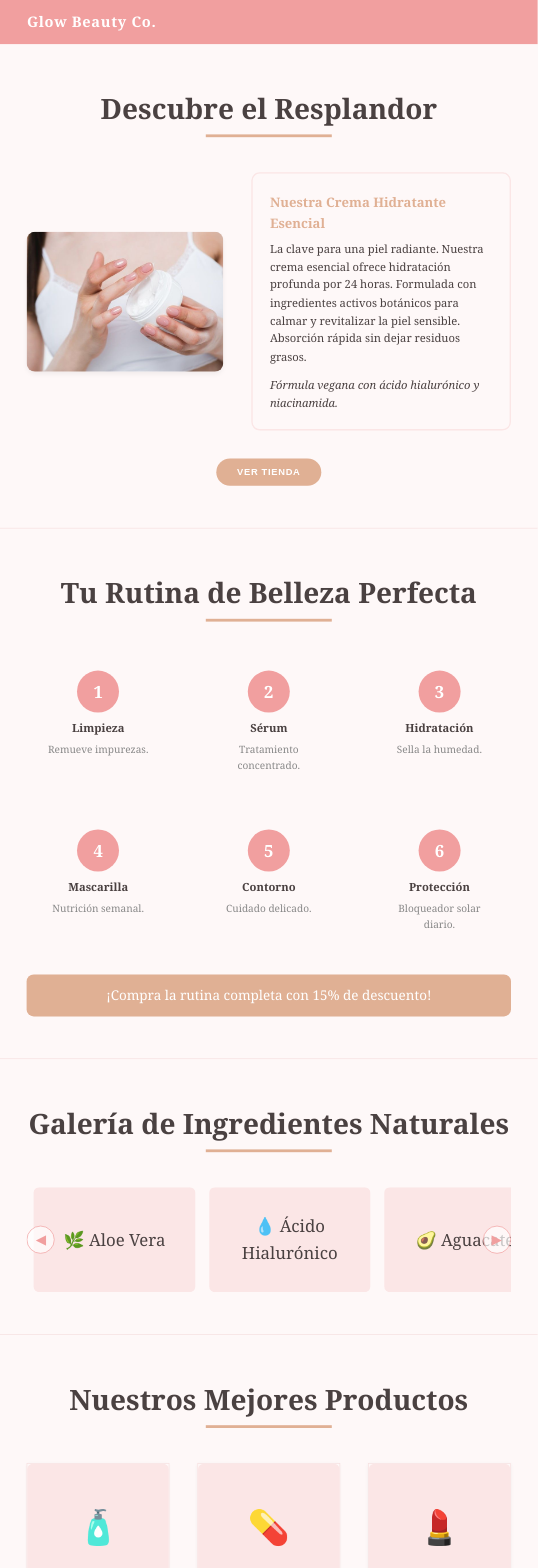
Repository: NovaSystem-DG/tienda-online
Page: index.html
The author's editor kept a copy of each file at every save. The page is drawn from the files as they stood at one save, then again after a run of saves.
The browser window is 768 px wide. The pictures show the part of the page from y = 0 to 2240 px (the page is 2439 px tall before and 2752 px after), at 70% of full size.

Above is the page before, as saved 2025-12-10 12:57:13.

### index.html
<!DOCTYPE html>
<html lang="es">

<head>
  <meta charset="UTF-8">
  <meta name="viewport" content="width=device-width, initial-scale=1.0">
  <title>Glow Beauty Co.</title>
  <link rel="stylesheet" href="style.css">
</head>

<body>
  <header class="header-nav">
    <div class="container">
      <nav class="navbar">
        <span class="logo">Glow Beauty Co.</span>
        <ul class="nav-links">
          <li><a href="#">Inicio</a></li>
          <li><a href="#">Tienda</a></li>
          <li><a href="#">Rutinas</a></li>
          <li><a href="#">Tutoriales</a></li>
          <li><a href="#">Contacto</a></li>
        </ul>
      </nav>
    </div>
  </header>

  <main>
    <section class="section what-we-do">
      <div class="container">
        <h2>Descubre el Resplandor</h2>
        <div class="line-divider"></div>
        <div class="content-row">
          <div class="video-placeholder">
            <img src="Crema-facial.jpg" alt="Placeholder de Video"
              class="video-img">

          </div>
          <div class="text-content-box">
            <h3>Nuestra Crema Hidratante Esencial</h3>

            <p class="real-text">
              La clave para una piel radiante. Nuestra crema esencial ofrece hidratación profunda por 24 horas.
              Formulada con ingredientes activos botánicos para calmar y revitalizar la piel sensible.
              Absorción rápida sin dejar residuos grasos.
            </p>

            <p class="description-text">Fórmula vegana con ácido hialurónico y niacinamida.</p>
          </div>
        </div>
        <button class="btn-primary">VER TIENDA</button>
      </div>
    </section>

    <section class="section travel-org-section">
      <div class="container">
        <h2>Tu Rutina de Belleza Perfecta</h2>
        <div class="line-divider"></div>
        <div class="grid-3-col">
          <div class="item-card">
            <div class="icon-placeholder">1</div>
            <h4>Limpieza</h4>
            <p class="step-desc">Remueve impurezas.</p>
          </div>
          <div class="item-card">
            <div class="icon-placeholder">2</div>
            <h4>Sérum</h4>
            <p class="step-desc">Tratamiento concentrado.</p>
          </div>
          <div class="item-card">
            <div class="icon-placeholder">3</div>
            <h4>Hidratación</h4>
            <p class="step-desc">Sella la humedad.</p>
          </div>
          <div class="item-card">
            <div class="icon-placeholder">4</div>
            <h4>Mascarilla</h4>
            <p class="step-desc">Nutrición semanal.</p>
          </div>
          <div class="item-card">
            <div class="icon-placeholder">5</div>
            <h4>Contorno</h4>
            <p class="step-desc">Cuidado delicado.</p>
          </div>
          <div class="item-card">
            <div class="icon-placeholder">6</div>
            <h4>Protección</h4>
            <p class="step-desc">Bloqueador solar diario.</p>
          </div>
        </div>
        <div class="full-width-placeholder">
          <p>¡Compra la rutina completa con 15% de descuento!</p>
        </div>
      </div>
    </section>

    <section class="section island-view-section">
      <div class="container">
        <h2>Galería de Ingredientes Naturales</h2>
        <div class="line-divider"></div>

        <div class="carousel-container" id="carousel-container">
          <div class="carousel-track">
            <div class="gallery-item">🌿 Aloe Vera</div>
            <div class="gallery-item">💧 Ácido Hialurónico</div>
            <div class="gallery-item">🥑 Aguacate</div>
            <div class="gallery-item">🌹 Rosa Mosqueta</div>
            <div class="gallery-item">🍃 Té Verde</div>
            <div class="gallery-item">🍊 Vitamina C</div>
          </div>
          <button class="prev-btn">◀</button>
          <button class="next-btn">▶</button>
        </div>
      </div>
    </section>

    <section class="section packages-section">
      <div class="container">
        <h2>Nuestros Mejores Productos</h2>
        <div class="line-divider"></div>
        <div class="grid-3-col">
          <div class="package-card">
            <div class="package-image">🧴</div>
            <p>Limpiador Facial</p>
            <div class="rating-dots">
              <span>•</span><span>•</span><span>•</span><span>•</span><span class="unfilled">•</span>
            </div>
          </div>
          <div class="package-card">
            <div class="package-image">💊</div>
            <p>Cápsulas de Retinol</p>
            <div class="rating-dots">
              <span>•</span><span>•</span><span>•</span><span>•</span><span>•</span>
            </div>
          </div>
          <div class="package-card">
            <div class="package-image">💄</div>
            <p>Bálsamo Labial</p>
            <div class="rating-dots">
              <span>•</span><span>•</span><span>•</span><span class="unfilled">•</span><span class="unfilled">•</span>
            </div>
          </div>
        </div>
        <div class="text-line medium spacer-line"></div>
        <div class="text-line small"></div>
      </div>
    </section>
  </main>

  <footer class="footer">
    <div class="container">
    </div>
  </footer>

  <script>
document.addEventListener('DOMContentLoaded', function() {
    const carouselContainer = document.getElementById('carousel-container');
    if (!carouselContainer) return;

    const track = carouselContainer.querySelector('.carousel-track');
    const items = carouselContainer.querySelectorAll('.gallery-item');
    const prevButton = carouselContainer.querySelector('.prev-btn');
    const nextButton = carouselContainer.querySelector('.next-btn');


    let currentIndex = 0;
    const maxIndex = items.length - 3;


    function updateCarousel() {
        const offset = -currentIndex * (100 / 3);
        track.style.transform = `translateX(${offset}%)`;
    }

    nextButton.addEventListener('click', () => {
        if (currentIndex < maxIndex) {
            currentIndex++;
        } else {
            currentIndex = 0;
        }
        updateCarousel();
    });

    prevButton.addEventListener('click', () => {
        if (currentIndex > 0) {
            currentIndex--;
        } else {
            currentIndex = maxIndex;
        }
        updateCarousel();
    });

    updateCarousel();
});


  </script>
</body>

</html>

### style.css
:root {
    --primary-color: #f19f9f;
    --accent-color: #e0b094;
    --light-bg-color: #fef8f8;
    --dark-text: #4a4141;
    --light-text: #ffffff;
    --border-color: #f7e0e0;
    --placeholder-color: #fbe6e6;
}

* {
    box-sizing: border-box;
    margin: 0;
    padding: 0;
}

body {
    font-family: 'Georgia', serif;
    background-color: var(--light-bg-color);
    color: var(--dark-text);
    line-height: 1.6;
}

.container {
    width: 90%;
    max-width: 1200px;
    margin: 0 auto;
}

a {
    text-decoration: none;
    color: inherit;
    transition: color 0.3s;
}

.header-nav {
    background-color: var(--primary-color);
    color: var(--light-text);
    padding: 15px 0;
}

.navbar {
    display: flex;
    justify-content: space-between;
    align-items: center;
}

.logo {
    font-weight: bold;
    font-size: 1.5em;
    letter-spacing: 1px;
}

.nav-links {
    list-style: none;
    display: flex;
}

.nav-links li {
    margin-left: 25px;
}

.nav-links a:hover {
    color: var(--accent-color);
}


.section {
    padding: 60px 0;
    text-align: center;
    border-bottom: 1px solid var(--border-color);
}

h2 {
    font-size: 2.5em;
    margin-bottom: 5px;
    color: var(--dark-text);
}

.line-divider {
    width: 180px;
    height: 4px;
    background-color: var(--accent-color);
    margin: 0 auto 50px auto;
}


.what-we-do .content-row {
    display: flex;
    align-items: center;
    justify-content: center;
    gap: 40px;
    margin-bottom: 30px;
}


.video-placeholder {
    width: 350px;
    height: 200px;
    border-radius: 12px;
    box-shadow: 0 4px 8px rgba(0, 0, 0, 0.05);
    position: relative; /* Para posicionar el ícono de play */
    overflow: hidden;
    cursor: pointer;
}

.video-placeholder .video-img {
    width: 100%;
    height: 100%;
    object-fit: cover;
    display: block;
}



.text-content-box {
    width: 450px;
    padding: 25px;
    border: 2px solid var(--placeholder-color);
    border-radius: 12px;
    text-align: left;
}

.text-content-box h3 {
    color: var(--accent-color);
    margin-bottom: 10px;
}

.real-text {
    margin-bottom: 15px;
    color: var(--dark-text);
}

.description-text {
    color: var(--dark-text);
    font-style: italic;
    margin-top: 15px;
}


.text-line { display: none; }
.item-card .text-line { display: block; }


.btn-primary {
    background-color: var(--accent-color);
    color: var(--light-text);
    border: none;
    padding: 12px 30px;
    border-radius: 30px;
    cursor: pointer;
    font-weight: bold;
    letter-spacing: 1px;
    margin-top: 10px;
    transition: background-color 0.3s;
}

.btn-primary:hover {
    background-color: #c99c7d;
}


.grid-3-col {
    display: grid;
    grid-template-columns: repeat(3, 1fr);
    gap: 40px;
    max-width: 1000px;
    margin: 0 auto 40px auto;
}

.item-card {
    text-align: center;
    padding: 20px;
}

.icon-placeholder {
    width: 60px;
    height: 60px;
    background-color: var(--primary-color);
    color: var(--light-text);
    border-radius: 50%;
    display: flex;
    justify-content: center;
    align-items: center;
    font-weight: bold;
    font-size: 1.5em;
    margin: 0 auto 10px auto;
}

.item-card h4 {
    color: var(--dark-text);
    margin-bottom: 5px;
}

.step-desc {
    font-size: 0.9em;
    color: #888;
}

.full-width-placeholder {
    height: 60px;
    background-color: var(--accent-color);
    color: var(--light-text);
    border-radius: 10px;
    max-width: 900px;
    margin: 0 auto;
    display: flex;
    justify-content: center;
    align-items: center;
    font-size: 1.2em;
}


.island-view-section {
    overflow: hidden;
}

.carousel-container {
    position: relative;
    max-width: 900px;
    margin: 0 auto;
    overflow: hidden;
}

.carousel-track {
    display: flex;
    transition: transform 0.5s ease-in-out;
}

.gallery-item {
    flex: 0 0 33.33%;
    height: 150px;
    background-color: var(--placeholder-color);
    border-radius: 8px;
    font-size: 1.5em;
    color: var(--dark-text);
    display: flex;
    flex-direction: column;
    justify-content: center;
    align-items: center;
    text-align: center;
    padding: 15px;
    margin: 0 10px;
}

.prev-btn, .next-btn {
    position: absolute;
    top: 50%;
    transform: translateY(-50%);
    background: rgba(255, 255, 255, 0.7);
    border: 1px solid var(--primary-color);
    color: var(--primary-color);
    padding: 10px;
    cursor: pointer;
    z-index: 10;
    border-radius: 50%;
    font-size: 1.2em;
    width: 40px;
    height: 40px;
    display: flex;
    justify-content: center;
    align-items: center;
}

.prev-btn { left: 0; }
.next-btn { right: 0; }



.package-card {
    border: 1px solid var(--border-color);
    box-shadow: 0 2px 5px rgba(0, 0, 0, 0.05);
    transition: transform 0.3s;
}

.package-card:hover {
    transform: translateY(-5px);
}

.package-image {
    width: 100%;
    height: 180px;
    background-color: var(--placeholder-color);
    font-size: 3em;
    display: flex;
    justify-content: center;
    align-items: center;
    border-radius: 8px 8px 0 0;
}

.package-card p {
    font-weight: bold;
    margin-top: 10px;
    color: var(--dark-text);
}

.rating-dots {
    margin-top: 5px;
}

.rating-dots span {
    color: var(--accent-color);
    font-size: 1.5em;
    line-height: 0;
}

.rating-dots .unfilled {
    color: var(--border-color);
}

/* diseño responsive */

/* header */

@media (max-width: 768px) {
    .nav-links {
        display: none; /* De momento lo ocultamos */
    }

    .logo {
        font-size: 1.3em;
    }
}

After the next 3 saves:
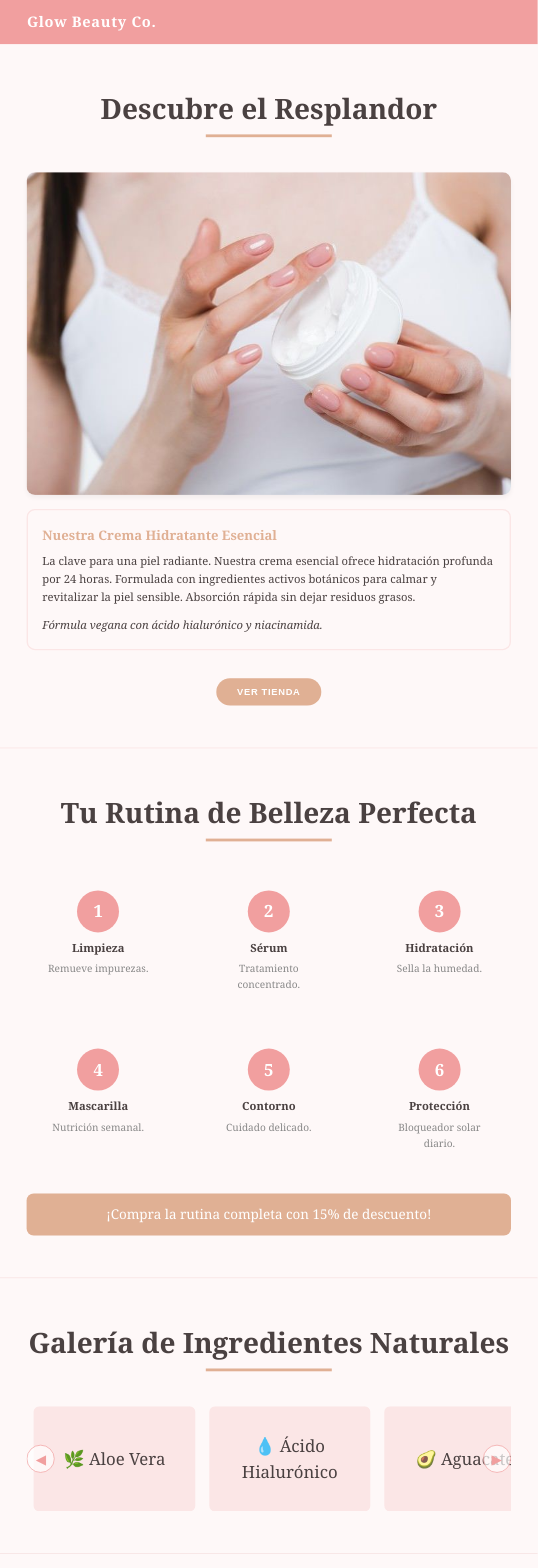
The 3 saves are shown as one change because they came seconds apart.
The last was saved 18 s later.
--- a/style.css
+++ b/style.css
@@ -321,3 +321,21 @@
         font-size: 1.3em;
     }
 }
+
+/* seccion principal */
+@media (max-width: 768px) {
+    .what-we-do .content-row {
+        flex-direction: column;
+        gap: 20px;
+    }
+
+    .text-content-box {
+        width: 100%;
+        padding: 20px;
+    }
+
+    .video-placeholder {
+        width: 100%;
+        height: auto; /* Ajusta imagen mejor */
+    }
+}
